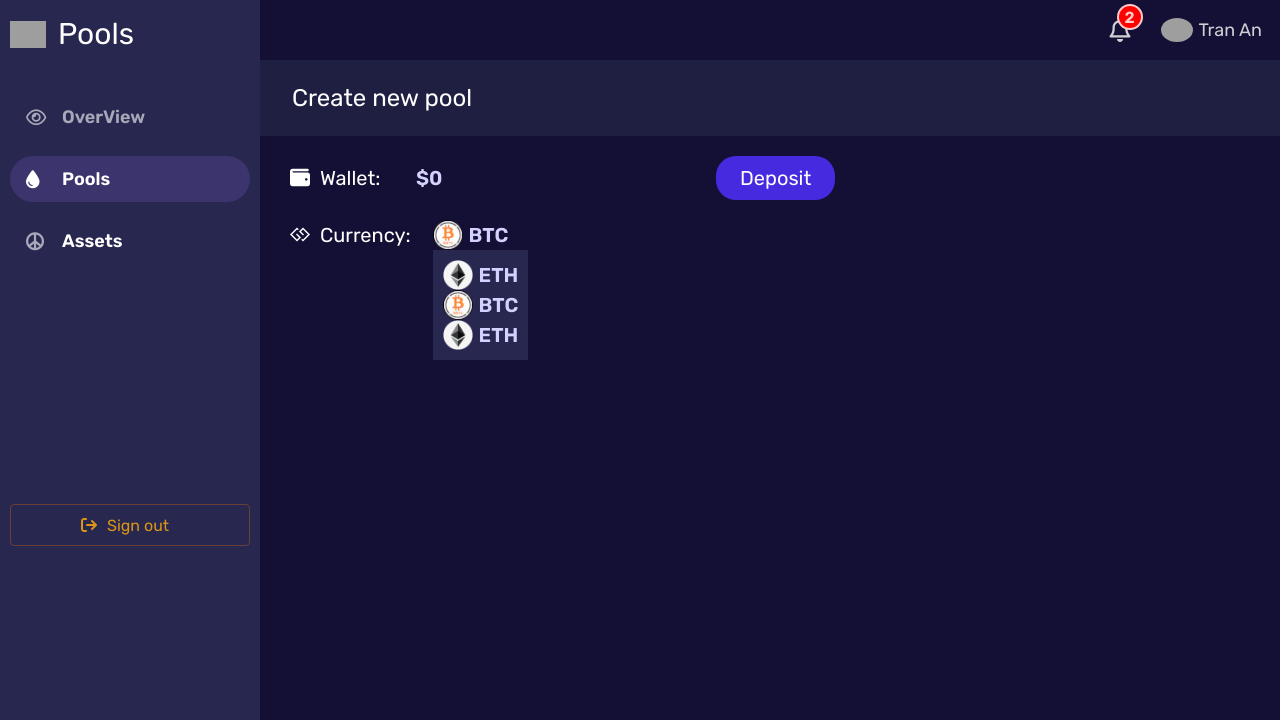
Repository: quynh232000/pools
Page: pool/create-pool.html
An editor plug-in stored every save of this project. The page is shown before and after the next save, followed by the edit.
The browser window is 1280 px wide. The pictures show the whole page.
Pictures or frames that could not be fetched are drawn as grey boxes.

Above is the page before, as saved 2023-07-14 00:35:54.

### pool/create-pool.html
<!DOCTYPE html>
<html lang="en">
  <head>
    <meta charset="UTF-8" />
    <meta name="viewport" content="width=device-width, initial-scale=1.0" />
    <title>Create Pool</title>

    <link rel="stylesheet" href="../src/css/base.css" />
    <link rel="stylesheet" href="../src/css/style.css" />
    <link rel="stylesheet" href="../src/css/pool.css" />
    <link rel="stylesheet" href="../src/css/create-pool.css" />
    <link
      rel="stylesheet"
      href="https://cdnjs.cloudflare.com/ajax/libs/font-awesome/6.4.0/css/all.min.css"
      integrity="sha512-iecdLmaskl7CVkqkXNQ/ZH/XLlvWZOJyj7Yy7tcenmpD1ypASozpmT/E0iPtmFIB46ZmdtAc9eNBvH0H/ZpiBw=="
      crossorigin="anonymous"
      referrerpolicy="no-referrer"
    />
  </head>
  <body>
    <div class="container">
      <div class="sidebar">
        <div class="sidebar-logo">
          <img src="https://sef-eco.vercel.app/assets/images/logo.png" alt="" />
          <span>Pools</span>
        </div>
        <div class="sidebar-items">
          <div class="sidebar-list">
            <div class="sidebar-item">
              <i class="fa-regular fa-eye"></i>
              <div class="sidebar-item-name">OverView</div>
            </div>
            <div class="sidebar-item sidebar-item-active">
              <i class="fa-solid fa-droplet"></i>
              <a href="/pool.html" class="sidebar-item-name">Pools</a>
            </div>
            <div class="sidebar-item">
              <i class="fa-solid fa-peace"></i>
              <a href="/index.html" class="sidebar-item-name">Assets</a>
            </div>
          </div>

          <div class="sidebar-sign-out">
            <i class="fa-solid fa-arrow-right-from-bracket"></i>
            <div class="sidebar-item-name">Sign out</div>
          </div>
        </div>
      </div>
      <div class="content">
        <div class="header">
          <div class="header-noti">
            <i class="fa-regular fa-bell"></i>
            <div class="header-noti-count">2</div>
          </div>
          <div class="header-user">
            <img
              src="https://static.vecteezy.com/system/resources/previews/002/002/257/original/beautiful-woman-avatar-character-icon-free-vector.jpg"
              alt=""
            />
            <div class="header-user-name">Tran An</div>
          </div>
        </div>
        <!-- body -->
        <div class="content-title">Create new pool</div>
        <div class="create-body">
          <div class="create-item">
            <i class="fa-solid fa-wallet"></i>
            <div class="create-item-title">Wallet:</div>
            <span>$0</span>
            <div class="create-btn">Deposit</div>
          </div>
          <div class="create-item">
            <i class="fa-brands fa-gg"></i>
            <div class="create-item-title">Currency:</div>
            <div class="create-select-type-money">
              <div class="type-money-item">
                <img src="../src/img/btc.png" alt="" />
                <div class="type-money-name">BTC</div>
              </div>
              <div class="type-money-more">
                <div class="type-money-item">
                  <img src="../src/img/eth.png" alt="" />
                  <div class="type-money-name">ETH</div>
                </div>
                <div class="type-money-item">
                  <img src="../src/img/btc.png" alt="" />
                  <div class="type-money-name">BTC</div>
                </div>
                <div class="type-money-item">
                  <img src="../src/img/eth.png" alt="" />
                  <div class="type-money-name">ETH</div>
                </div>
              </div>
            </div>
          </div>
        </div>
      </div>
    </div>
  </body>
</html>

### src/css/base.css
@import url('https://fonts.googleapis.com/css2?family=Rubik:wght@300;400;500;600;700&display=swap');
 :root{
    --primary-color:#fff;
    --text-color:#fff;
    --text-1-color:rgb(211, 209, 255);
    --bg-color:#140f34;
    --bg-item-color:#282750;

 }
*{
    box-sizing: inherit;
}
html,body{
    box-sizing: border-box;
    margin: 0;
    padding: 0;
    font-family: 'Rubik', sans-serif;
    color: var(--text-color);
}
a{
    color: white;
    text-decoration: none;
}

### src/css/style.css
.container{
    width: 100%;
    min-height: 100vh;
    background-color: var(--bg-color);
    display: flex;
}
.sidebar{
    width: 20%;
    min-width: 260px;
    max-width: 400px;
    display: flex;
    flex-direction: column;
    min-height: 100vh;
    background-color: var(--bg-item-color);
}
.sidebar-logo{
    display: flex;
    width: 100%;
    align-items: center;
    padding: 16px 10px;
}
.sidebar-logo img{
    width: 15%;
}
.sidebar-logo span{
    font-size: 30px;
    color: var(--primary-color);
    margin-left: 12px;

}
.sidebar-items{
    padding: 26px 10px;
    display: flex;
    flex-direction: column;
    justify-content: space-between;
    min-height: 70vh;
}
.sidebar-list{

}
.sidebar-item{
    font-size: 18px;
    display: flex;
    align-items: center;
    padding: 12px 16px;
    border-radius: 40px;
    color: rgb(255 255 255/.6);
    margin-bottom: 16px;
    font-weight: 600;
    transition: color .3s;
}
.sidebar-item:hover{
    cursor: pointer;
    color: rgb(255 255 255/.8);
}
.sidebar-item-active{
    background-color:#3c356d ;
    color: var(--text-color);
}
.sidebar-item i{
    min-width: 36px;
}
.sidebar-sign-out{
    display: flex;
    align-items: center;
    color: rgb(218, 149, 23);
    text-align: center;
    border: 1px solid rgba(202, 98, 12,.4);
    justify-content: center;
    padding-right: 10px;
    border-radius: 4px;
    transition: color border .3s;
}
.sidebar-sign-out:hover{
    cursor: pointer;
    color: rgb(253, 166, 5);
    border: 1px solid rgba(202, 98, 12,.5);
}
.sidebar-sign-out i{
    margin-right: 10px;
    padding: 12px 0;
}

.content{
    width: 85%;
    min-height: 100vh;
    /* background-color: var(--bg-color); */
}
.header{
    display: flex;
    justify-content: flex-end;
    padding: 18px;
    color: rgb(255 255 255/.8);
    align-items: center;
}
.header-user{
    display: flex;
    align-items: center;
    font-size: 18px;

}
.header-user img {
    width: 32px;
    border-radius: 50%;
    margin-right: 6px;
}
.header-noti{
    display: flex;
    margin-right: 30px;
    font-size: 20px;
    position: relative;
    font-size: 24px;
}
.header-noti-count{
    width: 26px;
    height: 26px;
    position: absolute;
    top: -14px;
    left: 7px;
    border: 2px solid  rgb(255 255 255/.8);
    text-align: center;
    border-radius: 50%;
    font-size: 16px;
    display: flex;
    align-items: center;
    justify-content: center;
    background-color: var(--bg-color);
    background-color: red;
    font-weight: 600;

}
.content-title{
    background-color: #1f1f42;
    padding: 24px 32px;
    font-size: 24px;
}
.content-list{
    display: flex;
    flex-direction: column;
    align-items: center;
    padding: 0 40px;
}
.content-list-body{
    width: 100%;
    margin-top: 20px;

}
.content-nav{
    width: 100%;
    display: flex;
    justify-content: space-between;
    padding: 12px 26px;
    margin: 10px 0;
    transition: background-color .2s ;
}
.content-nav:hover{
    background-color: #2d2d44;
}
.nav-left{
    width: 50%;
    display: flex;
    align-items: center;
    justify-content: space-between;
    font-size: 22px;

}
.nav-left-info{
    display: flex;
    align-items: center;
}
.nav-left-info img{
    width: 32px;
    margin-right: 8px;
}
.nav-left-name{
    font-size: 22px;
}
.nav-left-balance{
    display: flex;
    flex-direction: column;
    align-items: center;
    flex: 1;
}
.nav-left-balance span:nth-child(2){
    font-size: 20px;
    color: #a8a8a8;
}


.nav-right{
    width: 40%;
    display: flex;
    justify-content: space-between;
    align-items: center;
    color: #b3b1fd;
}
.nav-right span{
    transition: color .3s;
}
.nav-right span i{
    font-size: 16px !important;
    margin-left: 4px;
}
.nav-right span:hover{
    color:#f8c2b0;
    cursor: pointer;
}
.nav-text{
    color: #b3b1fd;
    font-size: 20px;
}
.nav-right .nav-tex:hover{
    color: #b3b1fd !important;
    cursor: no-drop;
}

### src/css/pool.css
.p-content-body{
    width: 100%;
    display: flex;
    flex-wrap: wrap;
    padding: 20px 10px;
}
.content-item-wrapper{
    width: 33.333%;
    padding: 10px ;
}
.p-content-item{
    border-radius: 6px;
    background-color: var(--bg-item-color);
    padding: 14px;
    transition: background-color .3s ease;
}
.p-content-item:hover{
    background-color: #2e2e60;
}
.p-content-item-top{
    display: flex;
    align-items:flex-start;

}
.p-content-item-img{
    margin-right: 6px;
}
.p-content-item-top-info{
    display: flex;
    flex-direction: column;
}
.p-content-item-top-info span{
    padding-top: 4px;
}
.p-content-item-top-info p{
    margin: 4px 0 10px 0;
    color: #a7a3a3;
}
.p-content-item-bottom{
    display: flex;
}
.p-item-type{
    margin-right: 10px;
    padding: 0 8px;
    text-align: center;
}
.p-item-type:first-child{
    border-right: 1px solid gray;
    padding-right: 16px;
}
.p-item-type span{
    font-size: 14px;
    color: #a7a3a3;
    /* font-weight: 600; */
}
.p-item-type p{
    margin: 0;
}
.add-pool{
    display: flex;
    flex-direction: column;
    align-items: center;
    font-size: 20px;
    min-height: 122px;
    justify-content: center;
}
.add-pool i{
    font-size: 26px;
    margin-bottom: 6px;
}

### src/css/create-pool.css
.create-body{
    width: 100%;
    display: flex;
    flex-direction: column;
    padding: 20px 30px;
}
.create-item{
    display: flex;
    font-size: 20px;
    align-items: center;
    margin-bottom: 20px;
}
.create-item-title{
    margin: 0 16px 0 10px;
    min-width: 80px;

}
.create-item span{
    color: var(--text-1-color);
    min-width: 300px;
    font-weight: 600;
}
.create-btn{
    background-color: rgb(70, 42, 223);
    padding: 10px 24px;
    border-radius: 20px;
    display: flex;
    justify-content: center;
    align-items: center;
    transition: background-color .3s ease;
}
.create-btn:hover{
    background-color: #6a67ea;
    cursor: pointer;
}
.create-select-type-money{
    position: relative;
    margin-left: 6px;
}
.type-money-item{
    display: flex;
    align-items: center;
}
.type-money-item img{
    width: 30px;
    height: 30px;
    object-fit: cover;
    margin-right: 6px;
}
.type-money-name{
    color: var(--text-1-color);
    font-weight: 600;
}
.type-money-more{
    position: absolute;
    background-color: var(--bg-item-color);
    padding: 10px;
}

After the next save:
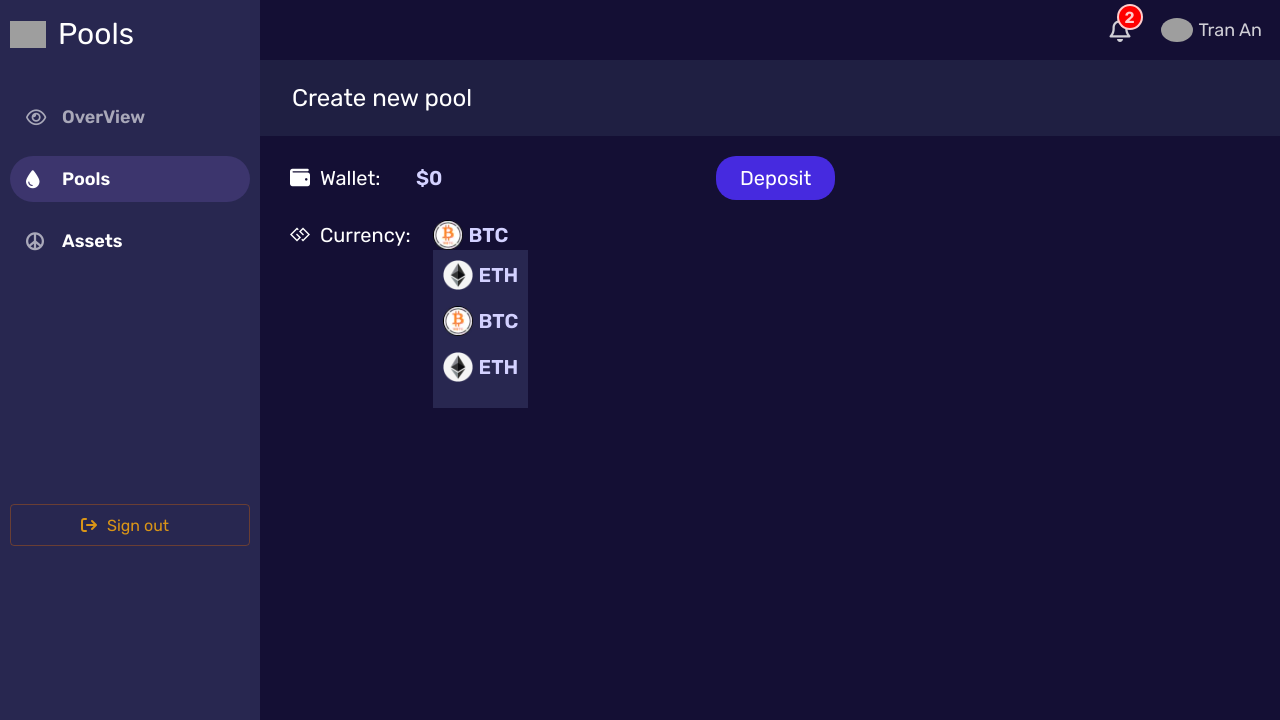
Saved 29 s later.
--- a/src/css/create-pool.css
+++ b/src/css/create-pool.css
@@ -56,3 +56,6 @@
     background-color: var(--bg-item-color);
     padding: 10px;
 }
+.type-money-more .type-money-item{
+    margin-bottom: 16px;
+}
